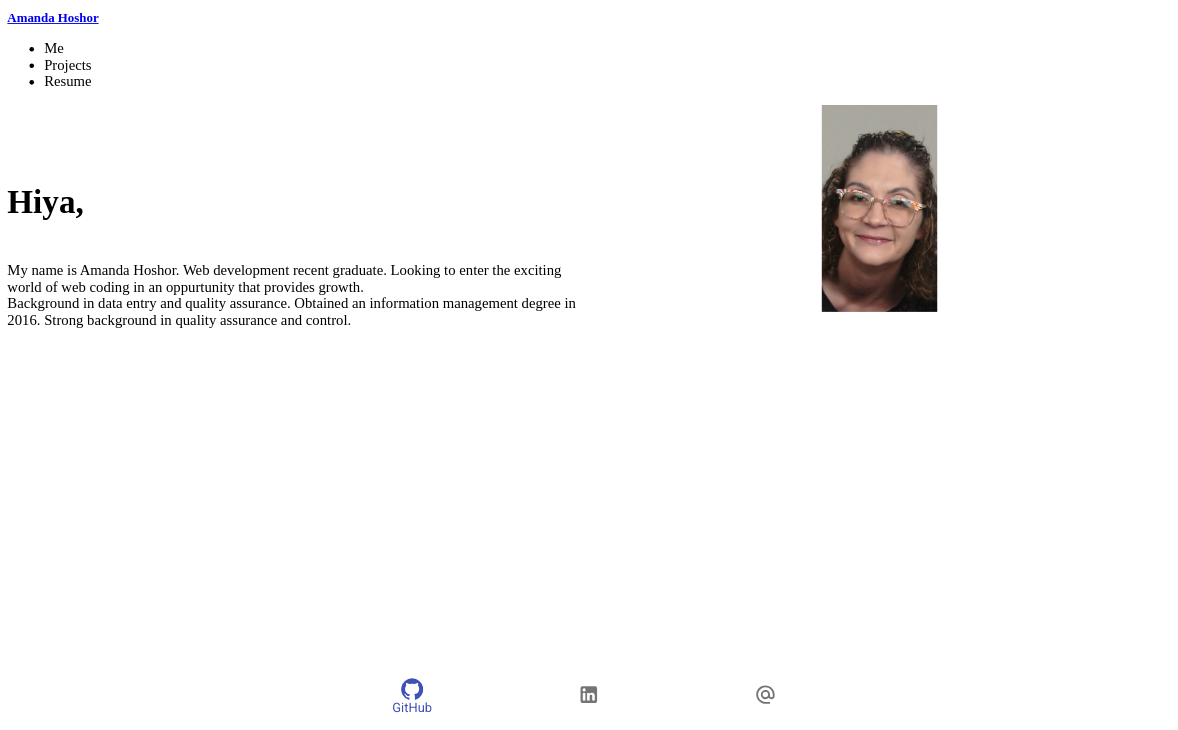
Repository: mandahos/hoshor
Page: /
These files come from the project's save history. The page is drawn as it stood at one moment and after the next save; the edit follows.
The browser window is 1280 px wide. The pictures show the whole page, at 92% of full size.
The project was rebuilt for these pictures with package versions that can differ from the ones it lists, and the page was loaded fresh each time. Also part of the build but not shown: src/components/Portfolio/index.js, src/components/Resume/index.js. Imported but missing from the stored project, and not drawn on this page: src/assets/resume/Amanda_Hoshor_Resume.PDF, src/assets/resume/Resume_Hoshor (1).pdf.

Above is the page before, as saved 2021-08-19 21:19:15.

### public/index.html
<!DOCTYPE html>
<html lang="en">
  <head>
    <meta charset="utf-8" />
    <link rel="icon" href="%PUBLIC_URL%/favicon.ico" />
    <meta name="viewport" content="width=device-width, initial-scale=1" />
    <meta name="theme-color" content="#000000" />
    <meta
      name="description"
      content="Web site created using create-react-app"
    />
    <link rel="apple-touch-icon" href="%PUBLIC_URL%/logo192.png" />
    <link rel="stylesheet" href="https://fonts.googleapis.com/css?family=Roboto:300,400,500,700&display=swap" />
    <!--
      manifest.json provides metadata used when your web app is installed on a
      user's mobile device or desktop. See https://developers.google.com/web/fundamentals/web-app-manifest/
    -->
    <link rel="stylesheet" href="https://fonts.googleapis.com/icon?family=Material+Icons" />
    <link rel="manifest" href="%PUBLIC_URL%/manifest.json" />
    <!--
      Notice the use of %PUBLIC_URL% in the tags above.
      It will be replaced with the URL of the `public` folder during the build.
      Only files inside the `public` folder can be referenced from the HTML.

      Unlike "/favicon.ico" or "favicon.ico", "%PUBLIC_URL%/favicon.ico" will
      work correctly both with client-side routing and a non-root public URL.
      Learn how to configure a non-root public URL by running `npm run build`.
    -->
    <title>Hoshor</title>
  </head>
  <body>
    <noscript>You need to enable JavaScript to run this app.</noscript>
    <div id="root"></div>
    <!--
      This HTML file is a template.
      If you open it directly in the browser, you will see an empty page.

      You can add webfonts, meta tags, or analytics to this file.
      The build step will place the bundled scripts into the <body> tag.

      To begin the development, run `npm start` or `yarn start`.
      To create a production bundle, use `npm run build` or `yarn build`.
    -->
  </body>
</html>

### src/index.js
import React from 'react';
import ReactDOM from 'react-dom';
import './css/styles.css';
import App from './App';

ReactDOM.render(
  <React.StrictMode>
    <App />

  </React.StrictMode>,
  document.getElementById('root')
);

// If you want to start measuring performance in your app, pass a function
// to log results (for example: reportWebVitals(console.log))
// or send to an analytics endpoint. Learn more: https://bit.ly/CRA-vitals

### src/css/styles.css
.App {
  font-family: Arial, Helvetica, sans-serif;
  text-align: center;
  background-color: #7A6174;
  color: white
}
h1 {
  font-size: 48px;

}
h2 {
  font-size: 14px
}
.About {
  font-family: Cambria, Cochin, Georgia, Times, 'Times New Roman', serif
}
h3 {
  text-align: left;
}

p {
  text-align: left;
}

### src/App.js
import React, { useState } from "react";
import "./css/styles.css";
import  Navigation from "./components/Navigation";
import  Me  from "./components/Me";
import  Footer  from "./components/Footer";
import Portfolio from "./components/Portfolio";
import Resume from "./components/Resume"
// import background from "./assets/images/plug.png"


function App() {
  const [projects] = useState([
    {
      name: "Med-Planner",
      description: "A web application which provides caregivers and patients an easy solution for managing their apointments.",
      url: "https://mandahos.github.io/med-planner/",
      github: "https://github.com/mandahos/med-planner.git",
      image: "med-planner.jpg"

    }
  ])

  const [meSelected, setMeSelected] = useState(true);
  const [portfolioSelected, setPortfolioSelected] = useState(false);
  const [resumeSelected, setResumeSelected] = useState (false);



  return (
    <div>
      <Navigation
      meSelected={meSelected}
      setMeSelected={setMeSelected}
      portfolioSelected={portfolioSelected}
      setPortfolioSelected={setPortfolioSelected}
      resumeSelected={resumeSelected}
      setResumeSelected={setResumeSelected}
      />

      {portfolioSelected ? (<Portfolio projects={projects}/>)
        : resumeSelected ? (<Resume />)
        : (<Me />)}

        <Footer />
    </div>
  );
}

export default App;

### src/components/Navigation/index.js
import React from 'react';
import CSS from './navigation.css'



function Navigation(props) {

  const {
      meSelected,
      setMeSelected,
      portfolioSelected,
      setPortfolioSelected,
      resumeSelected,
      setResumeSelected,
  } = props;

  return(
      <header className="lg:px-16 px-6 text-gray-100 flex flex-wrap items-center lg:py-3 py-2">
          <div className="flex-1 flex justify-center items-center lg:justify-between">
              <h2 className="text-4xl milky">
                  <a href="/">
                      <span role="img">Amanda Hoshor</span>
                  </a>
              </h2>
          </div>
          <div className="menu hidden lg:flex lg:items-center lg:w-auto w-full" id="menu">
              <nav>
                  <ul className="flex items-center justify-center text-base pt-4 lg:pt-0">
                      <li className={`mx-3 cursor-pointer ${meSelected && 'navActive'}`}>
                          <span onClick={() => {
                              setMeSelected(true);
                              setPortfolioSelected(false);
                              setResumeSelected(false);
                          }}>
                              Me
                          </span>
                      </li>
                      <li className={`mx-3 cursor-pointer ${portfolioSelected && 'navActive'}`}>
                          <span onClick={() => {
                              setMeSelected(false);
                              setPortfolioSelected(true);
                              setResumeSelected(false);
                          }}>
                              Projects
                          </span>
                      </li>
                      <li className={`mx-3 cursor-pointer ${resumeSelected && 'navActive'}`}>
                          <span onClick={() => {
                              setMeSelected(false);
                              setPortfolioSelected(false);
                              setResumeSelected(true);
                          }}>
                              Resume
                          </span>
                      </li>
                  </ul>
              </nav>
          </div>
      </header>
  );
}

  export default Navigation;

### src/components/Me/index.js
import React from 'react';
import {
  Container,
  Stack,
  Flex,
  Box,
  Heading,
  Text,
  Image

} from '@chakra-ui/react';


import picture from '../../assets/images/react-profile.png'

export default function Me() {


  return (

    <Container maxW={'7xl'}>
      <Stack
        align={'center'}
        spacing={{ base: 8, md: 10 }}
        py={{ base: 20, md: 28 }}
        direction={{ base: 'column', md: 'row' }}>

        <Stack flex={1} spacing={{ base: 5, md: 10 }}>
          <Heading
            lineHeight={1.1}
            fontWeight={800}
            fontSize={36}
            >
            <Text
              as={'span'}
              position={'relative'}
              _after={{
                content: "''",
                width: 'full',
                height: '80%',
                position: 'absolute',
                bottom: 1,
                left: 0,
                bg: 'red.400',
                zIndex: -1,

              }}>
              Hiya,
            </Text>
            <br />

          </Heading>
          <Text color={'black.500'}>
            My name is Amanda Hoshor. Web development recent graduate. Looking to enter the exciting world of web coding in an oppurtunity that provides growth.
            <br/>
            Background in data entry and quality assurance. Obtained an information management degree in 2016. Strong background in quality assurance and control.
          </Text>
          <Stack
            spacing={{ base: 4, sm: 6 }}
            direction={{ base: 'column', sm: 'row' }}>

          </Stack>
        </Stack>
        <Flex
          flex={1}
          justify={'center'}
          align={'center'}
          position={'relative'}
          w={'full'}>

          <Box
            position={'relative'}
            height={'300px'}
            rounded={'2xl'}
            boxShadow={'2xl'}
            width={'full'}
            overflow={'hidden'}>

            <Image
              alt={'Me'}
              fit={'cover'}
              align={'center'}
              w={'100%'}
              h={'75%'}
              src={
                picture
              }
            />
          </Box>
        </Flex>
      </Stack>
    </Container>
  );
}

### src/components/Footer/index.js
import React from 'react';
import { makeStyles } from '@material-ui/core/styles';
import BottomNavigation from '@material-ui/core/BottomNavigation';
import BottomNavigationAction from '@material-ui/core/BottomNavigationAction';
import LinkedInIcon from '@material-ui/icons/LinkedIn';
import GitHubIcon from '@material-ui/icons/GitHub';
import AlternateEmailIcon from '@material-ui/icons/AlternateEmail';
import CSS from './footer.css'

const useStyles = makeStyles({
  root: {
    width: 500,
  },
});

export default function LabelBottomNavigation() {
  const footer = useStyles();
  const [value, setValue] = React.useState('recents');

  const handleChange = (event, newValue) => {
    setValue(newValue);
  };

  return (
    <BottomNavigation value={value} onChange={handleChange} className={footer}>
      <BottomNavigationAction a href="https://github.com/mandahos" label="GitHub" value="recents" icon={<GitHubIcon />} />
      <BottomNavigationAction a href="https://www.linkedin.com/in/amanda-hoshor/" label="LinkedIn" value="favorites" icon={<LinkedInIcon />} />
      <BottomNavigationAction a href="mailto:hoshor.manda@gmail.com" label="Email" value="nearby" icon={<AlternateEmailIcon />} />

    </BottomNavigation>
  );
}

### src/components/Navigation/navigation.css
.root {
    display: block;
    margin-left: auto;
    margin-right: auto;
    margin-top: 25%;
    justify-content: center;
}

### src/components/Footer/footer.css
.root {
    display: block;
    margin-left: auto;
    margin-right: auto;
    margin-top: 25%;
    justify-content: center;
}

After the next save:
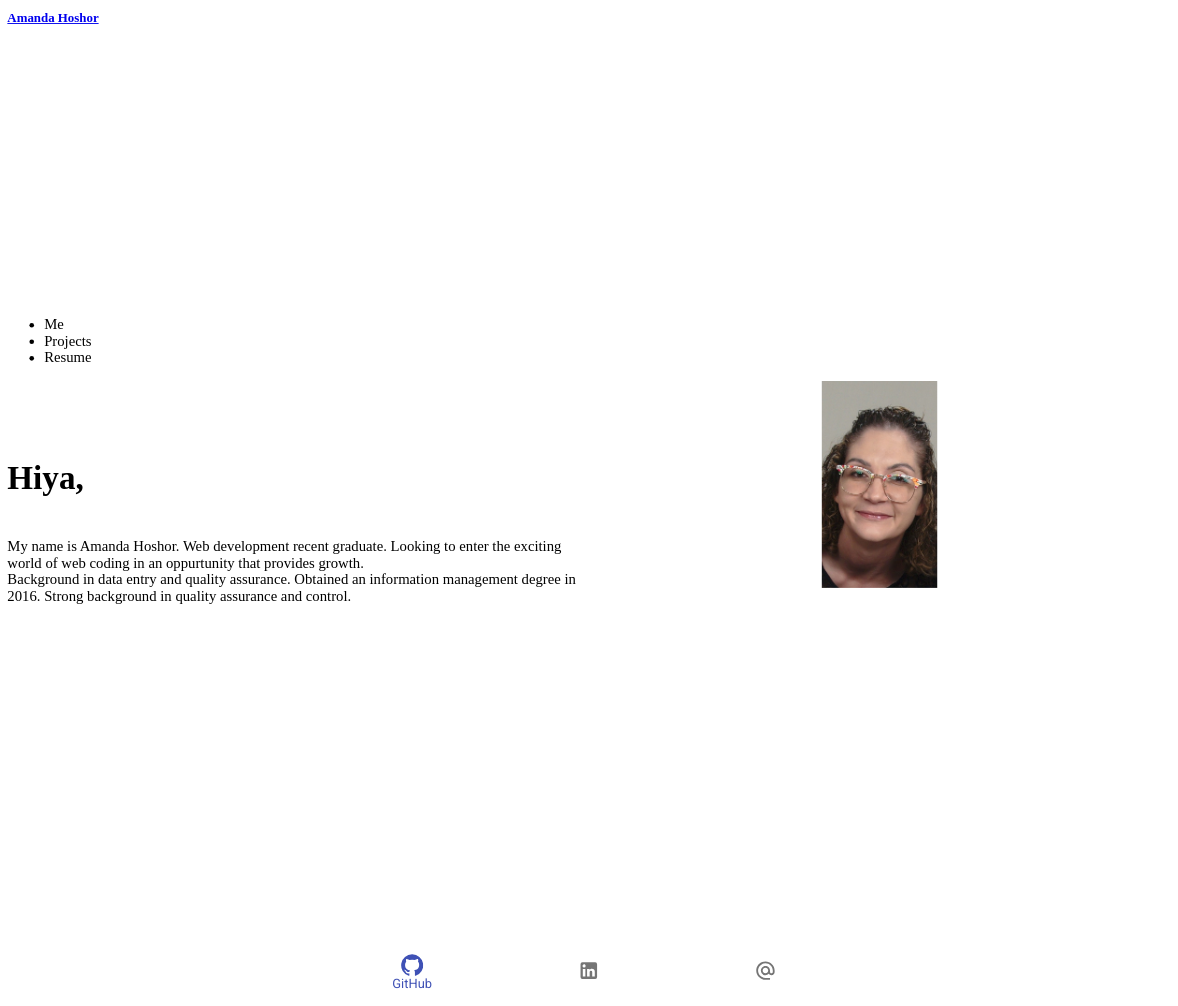
Saved 45 s later.
--- a/src/components/Navigation/navigation.css
+++ b/src/components/Navigation/navigation.css
@@ -1,4 +1,4 @@
-.root {
+.menu {
     display: block;
     margin-left: auto;
     margin-right: auto;

After the save that followed:
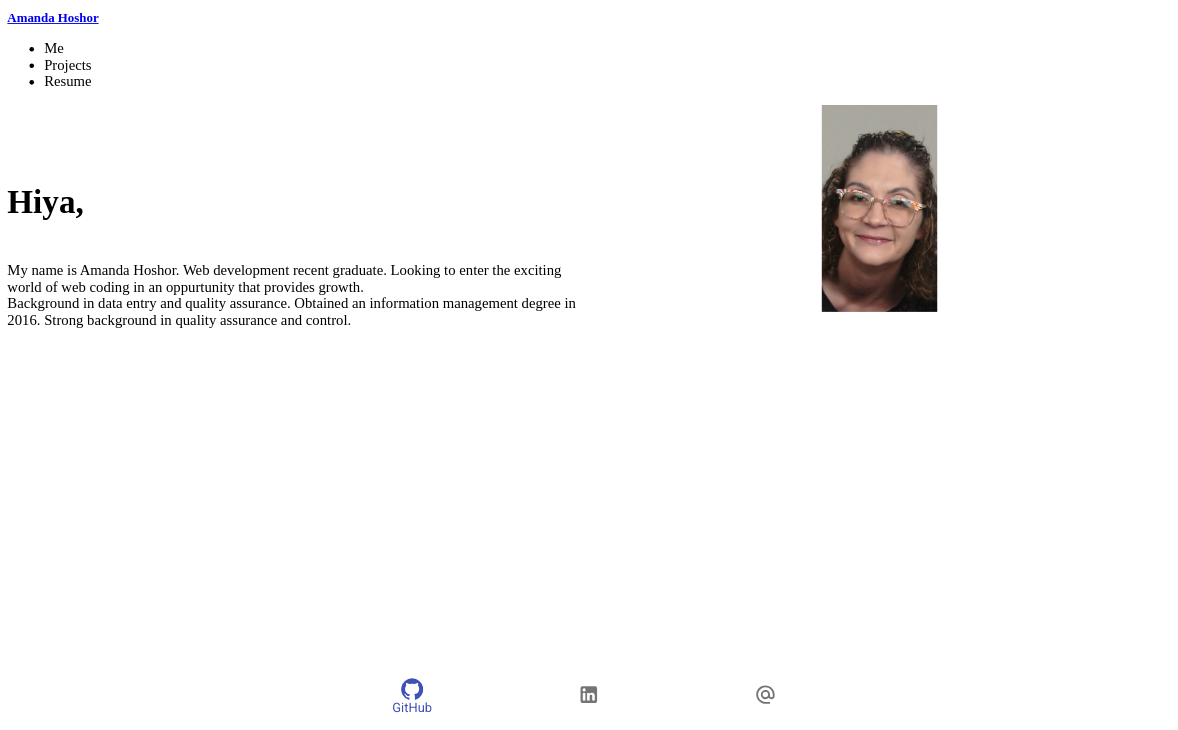
Saved 33 s later.
--- a/src/components/Navigation/navigation.css
+++ b/src/components/Navigation/navigation.css
@@ -1,4 +1,4 @@
-.menu {
+.mx-3 cursor-pointer {
     display: block;
     margin-left: auto;
     margin-right: auto;
